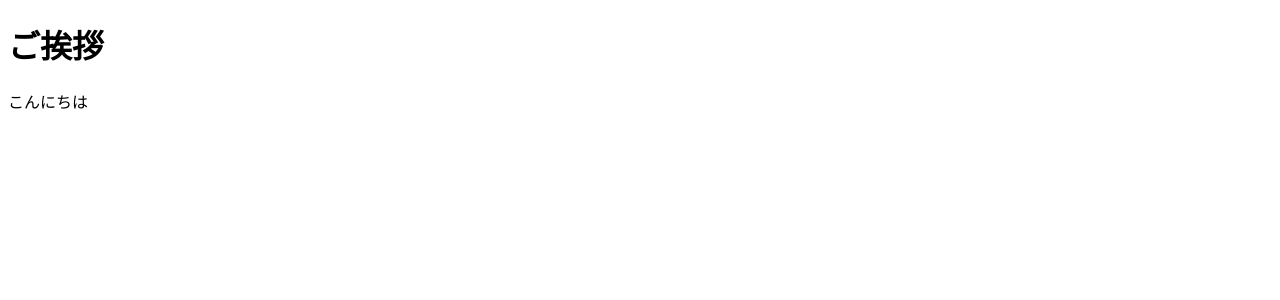
Repository: yayoi0814/samurai_HTML-CSS
Page: index.html
The author's editor kept a record of every edit. The page is drawn from the files as they stood at one moment, then again after the next edit.
The browser window is 1280 px wide. The pictures show the whole page.

Above is the page before.

### index.html
<!DOCTYPE html>
<html lang="ja">
  <head>
    <meta charset="utf-8">
    <title>JavaScriptの練習</title>
  </head>
  <body>
    <h1>ご挨拶</h1>
    <p>こんにちは

    <script>

        //console.log('、JavaScript。');
        console.log('こんにちは！');
        //d = new Date();
        //console.log('今日は、', d.getDate(), '日です。');
        // -->


        //ここにJavaScriptを記述する

    </script>


    </p>
  </body>
</html>

After the next edit:
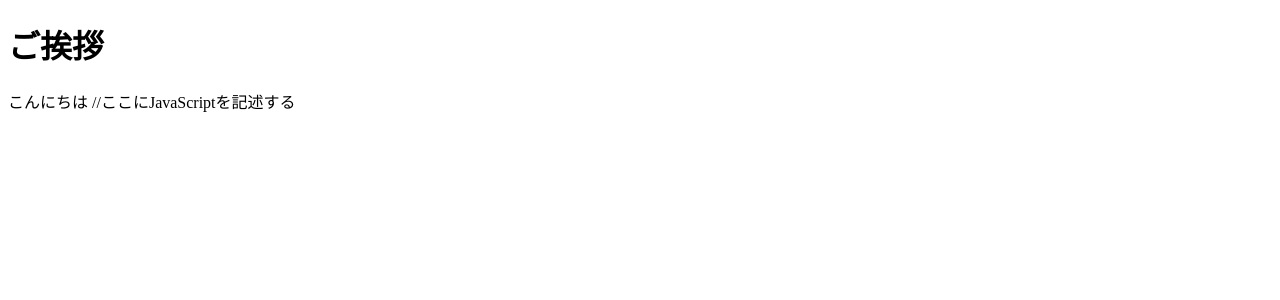
The edit:
--- a/index.html
+++ b/index.html
@@ -15,7 +15,12 @@
         //d = new Date();
         //console.log('今日は、', d.getDate(), '日です。');
         // -->
+        let myString = 'ユーザー名';
 
+    myString = '太郎';
+
+    console.log('ようこそ、' + myString + 'さん');
+  </script>
 
         //ここにJavaScriptを記述する
 
